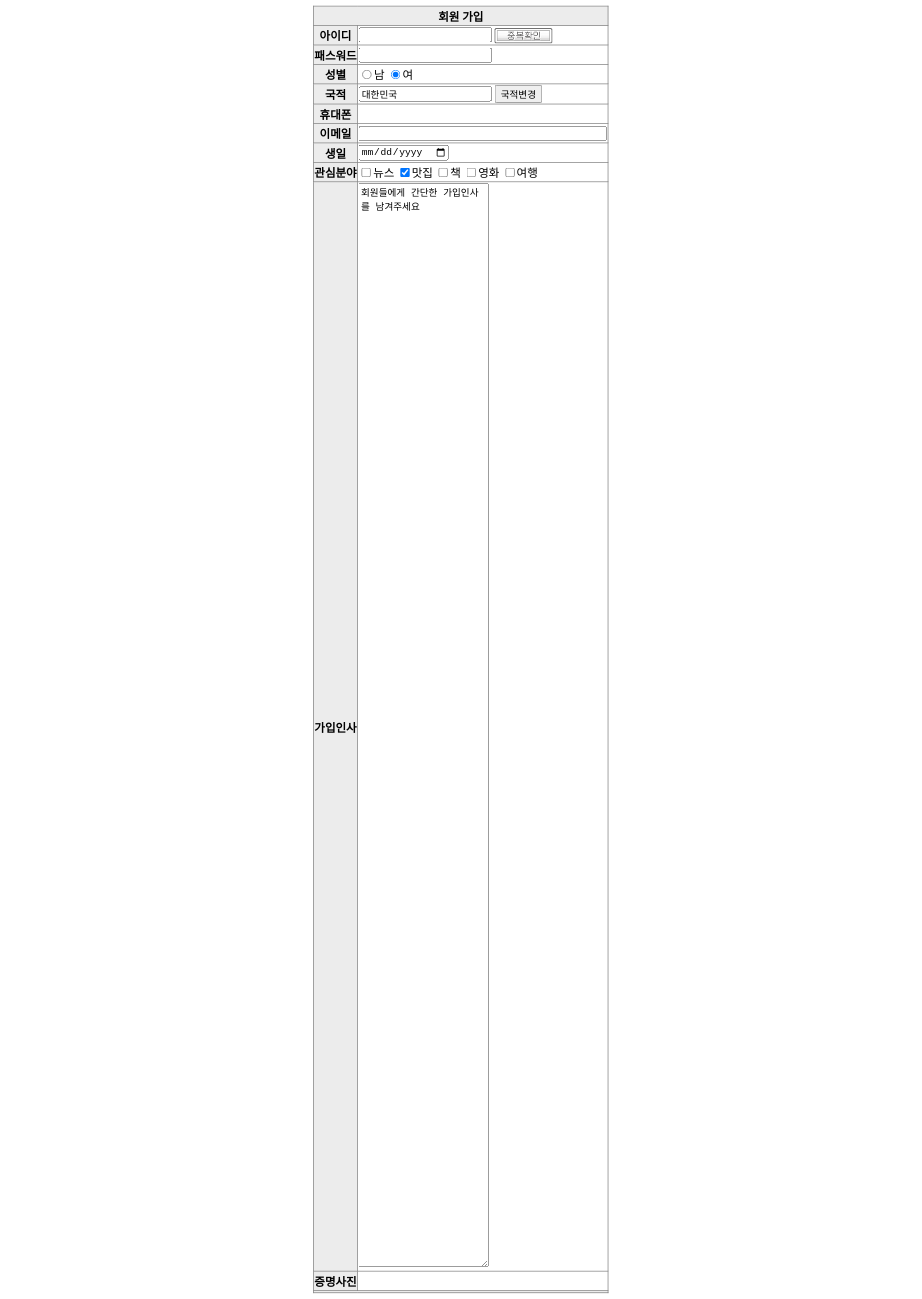
Repository: gyungmean/2020_2_webProgramming
Page: week2/week2/WebContent/Practice02/Practice02.html
The author's editor kept a copy of each file at every save. The page is drawn from the files as they stood at one save, then again after the next save.
The browser window is 1280 px wide. The pictures show the whole page, at 72% of full size.

Above is the page before, as saved 2020-09-14 07:52:22.

After the next save:
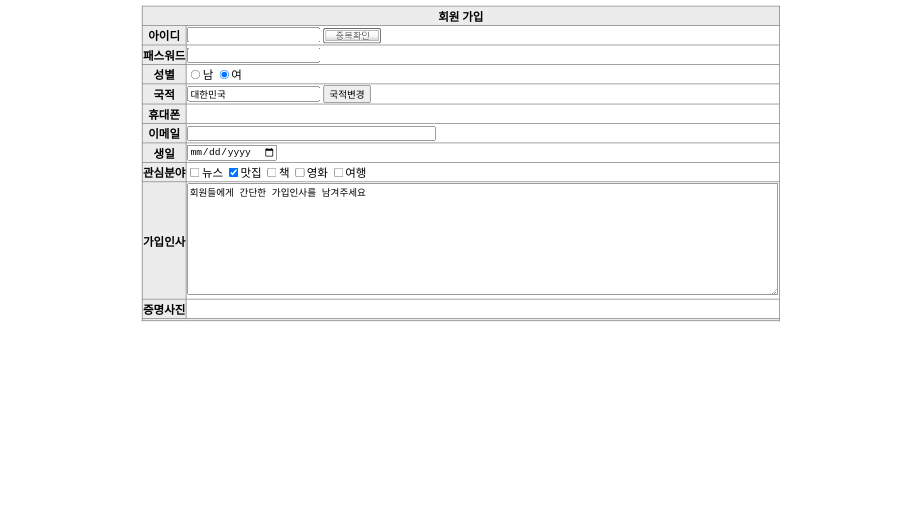
Saved 80 s later.
--- a/week2/week2/WebContent/Practice02/Practice02.html
+++ b/week2/week2/WebContent/Practice02/Practice02.html
@@ -63,7 +63,7 @@
 			</tr>
 			<tr>
 				<td class= title>가입인사</td>
-				<td><textarea cols=20px, rows=100px>회원들에게 간단한 가입인사를 남겨주세요</textarea></td>
+				<td><textarea cols=100px, rows=10px>회원들에게 간단한 가입인사를 남겨주세요</textarea></td>
 			</tr>
 			<tr>
 				<td class= title>증명사진</td>
